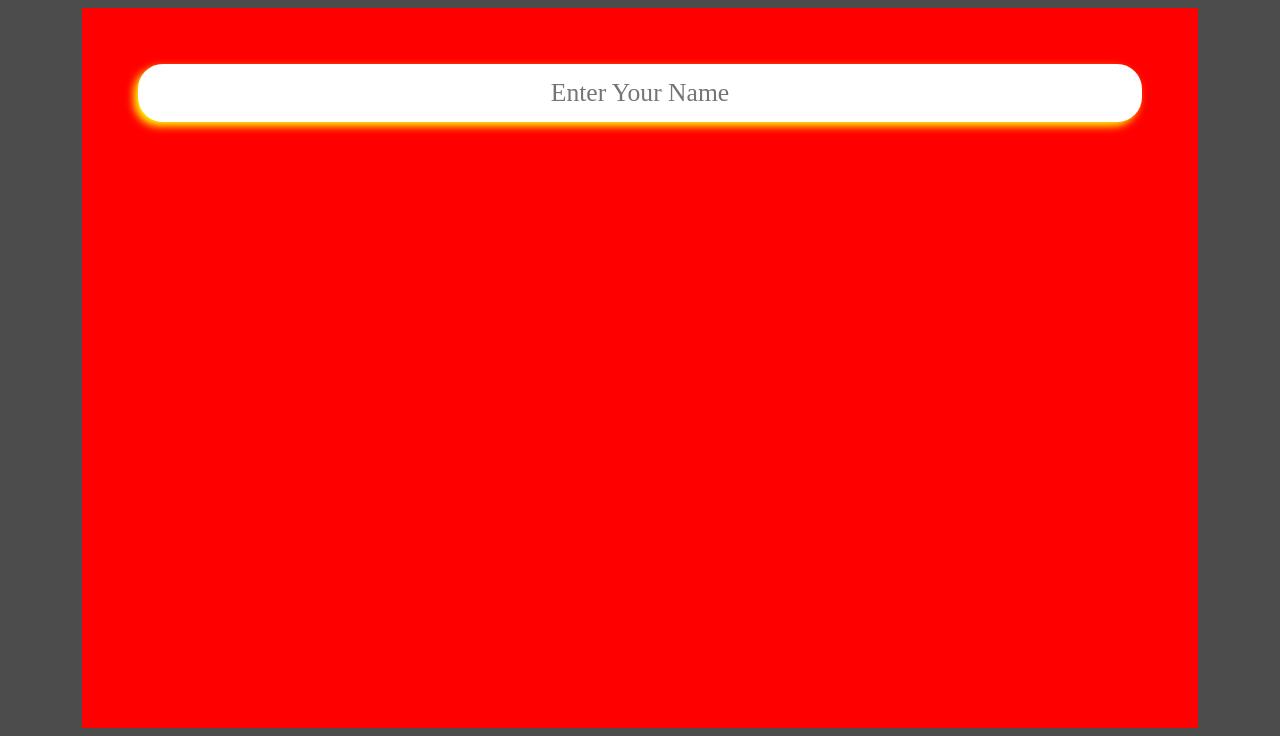
Repository: Haneef-Shaik/Greetings
Page: /
These files come from the project's save history. The page is drawn as it stood at one moment and after the next save; the edit follows.
The browser window is 1280 px wide. The pictures show the whole page.
The project was rebuilt for these pictures with package versions that can differ from the ones it lists, and the page was loaded fresh each time. The framework's server and built-in components were replaced by stand-ins that run in the browser. Also part of the build but not shown: next.config.js, styles/card.module.scss, components/card.js, styles/socialShare.module.scss, components/socialShare.js.

Above is the page before, as saved 2021-12-01 20:13:01.

After the next save:
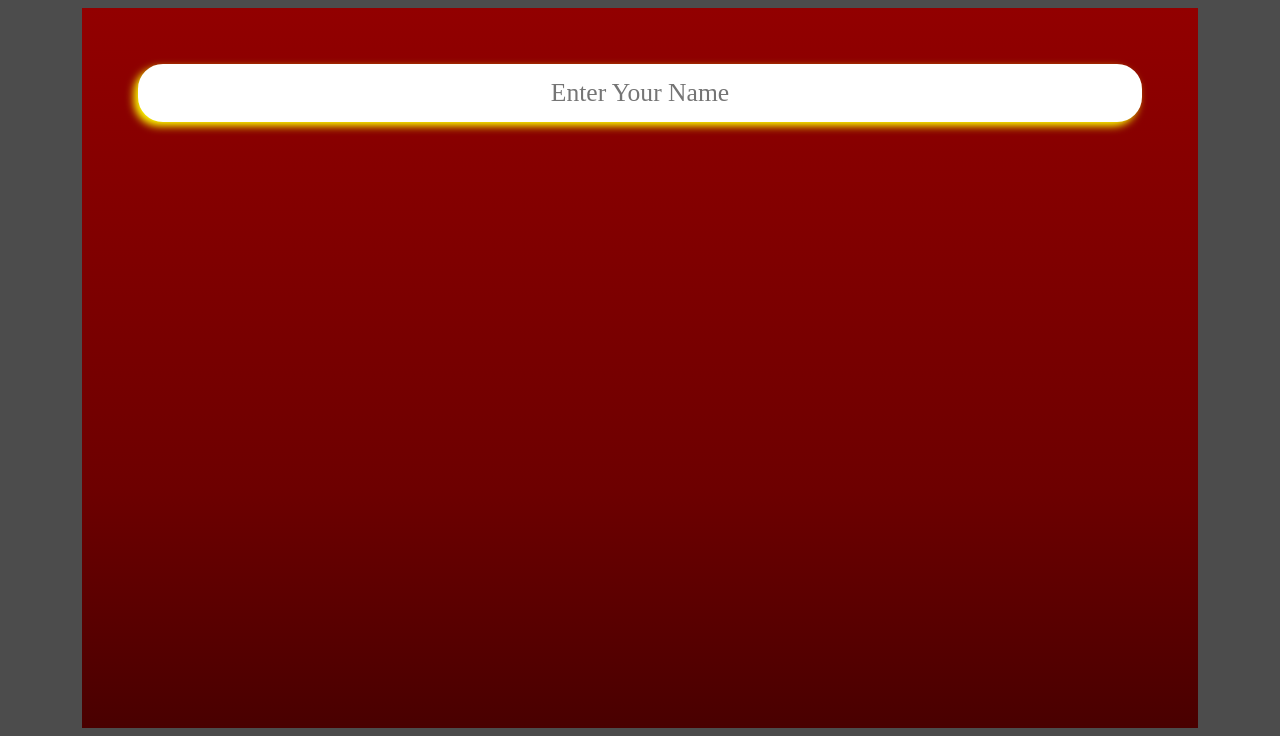
Saved 87 s later.
--- a/styles/form.module.scss
+++ b/styles/form.module.scss
@@ -1,7 +1,8 @@
 .formContainer{
     padding:5%;
     height:100vh;
-    background-color:#FF0000;
+    // background-color:#FF0000;
+    background: linear-gradient(#920000,#800000,#6D0000,#490000);
     input{
         text-align:center;
         font-family: 'Times New Roman', Times, serif;
